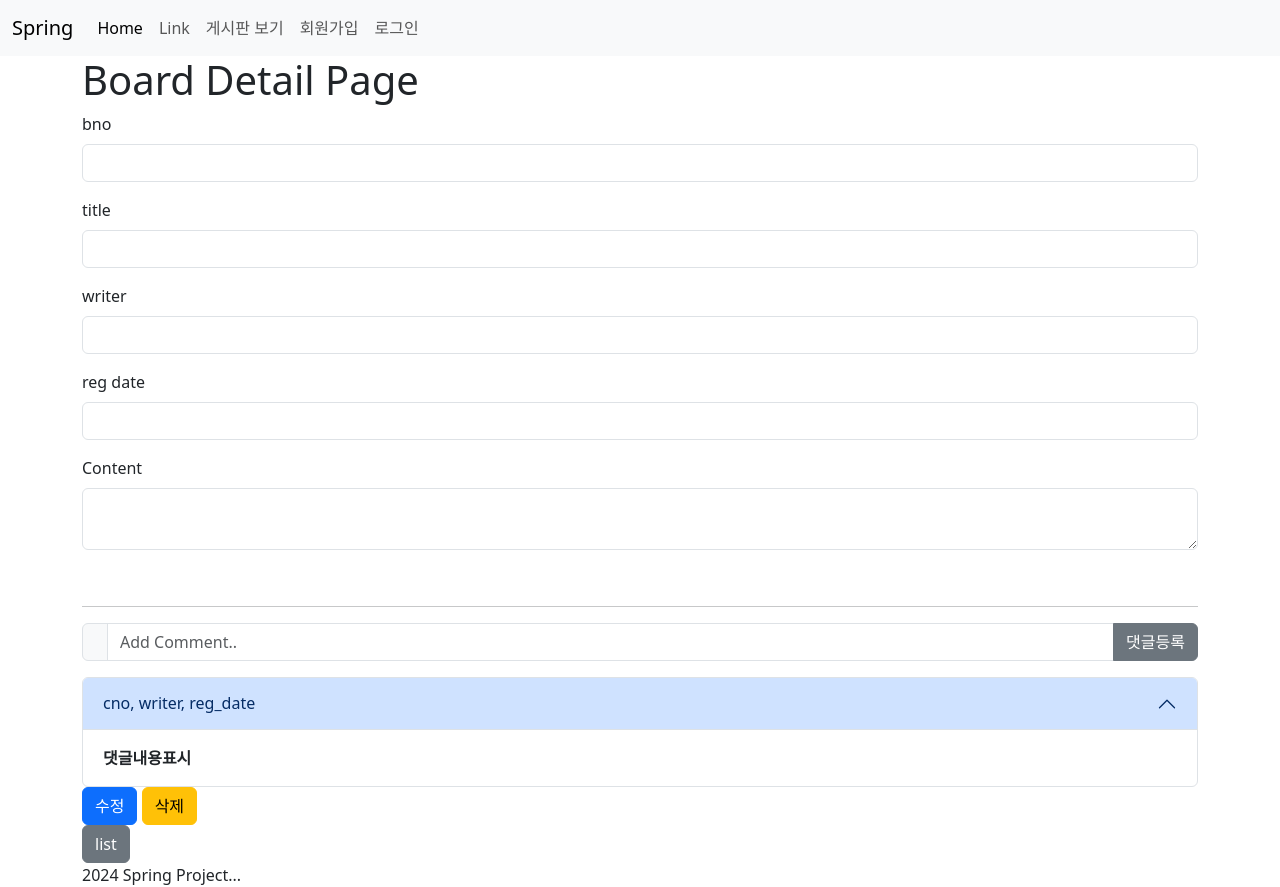
Repository: gajami-kim/240430_Spring_Study
Page: http://localhost/spring_study/WEB-INF/views/board/detail.jsp
These files come from the project's save history. The page is drawn as it stood at one moment and after the next save; the edit follows.
The browser window is 1280 px wide. The pictures show the whole page.
The page is served by Tomcat 9. Nobody is signed in. The template is opened directly, without the code that normally fills it, so the values that code supplies are empty.

Above is the page before, as saved 2024-04-26 02:49:40.

### spring_study/src/main/webapp/WEB-INF/views/board/detail.jsp
<%@ page language="java" contentType="text/html; charset=UTF-8"
    pageEncoding="UTF-8"%>
    <%@ taglib uri="http://java.sun.com/jsp/jstl/core" prefix="c"%>
<jsp:include page="../layout/header.jsp" />

<div class="container-sm">
<h1>Board Detail Page</h1>
	<div class="mb-3">
	  <label for="n" class="form-label">bno</label>
	  <input type="text" class="form-control" name="bno" id="n" value="${bvo.bno }" readonly="readonly">
	</div>
	<div class="mb-3">
	  <label for="t" class="form-label">title</label>
	  <input type="text" class="form-control" name="title" id="t" value="${bvo.title }" readonly="readonly">
	</div>
	<div class="mb-3">
	  <label for="w" class="form-label">writer</label>
	  <input type="text" class="form-control" name="writer" id="w" value="${bvo.writer }" readonly="readonly">
	</div>
	<div class="mb-3">
	  <label for="r" class="form-label">reg date</label>
	  <input type="text" class="form-control" name="reg_date" id="r" aria-label="With textarea" value="${bvo.reg_date }" readonly="readonly"></input>
	</div>
	<div class="mb-3">
	  <label for="c" class="form-label">Content</label>
	  <textarea class="form-control" name="content" id="c" aria-label="With textarea" readonly="readonly">${bvo.content }</textarea>
	</div>

	<br>
	<hr>
	<!-- Comment Line -->
	<!-- 댓글 등록 라인 -->
	<div class="input-group mb-3">
	  <span class="input-group-text" id="cmtWriter">${ses.id }</span>
	  <input type="text" id="cmtText" class="form-control" placeholder="Add Comment.." aria-label="Username" aria-describedby="basic-addon1">
	  <button type="button" id="cmtAddBtn" class="btn btn-secondary">댓글등록</button>
	</div>

	<!-- 댓글 출력 라인 -->
	<div class="accordion" id="accordionExample">
	  <div class="accordion-item">
	    <h2 class="accordion-header">
	      <button class="accordion-button" type="button" data-bs-toggle="collapse" data-bs-target="#collapseOne" aria-expanded="true" aria-controls="collapseOne">
			cno, writer, reg_date
	      </button>
	    </h2>
	    <div id="collapseOne" class="accordion-collapse collapse show" data-bs-parent="#accordionExample">
	      <div class="accordion-body">
	        <strong>댓글내용표시</strong>
	      </div>
	    </div>
	  </div>
	</div>

	<c:if test="${ses.id eq bvo.writer }">
		<a href="/board/modify?bno=${bvo.bno }"><button type="button" class="btn btn-primary">수정</button></a>
		<a href="/board/remove?bno=${bvo.bno }"><button type="button" class="btn btn-warning">삭제</button></a>
	</c:if>
	<br>
	<a href="/board/list"><button type="button" class="btn btn-secondary">list</button></a>
</div>

<jsp:include page="../layout/footer.jsp" />

### spring_study/src/main/webapp/WEB-INF/views/layout/header.jsp
<%@ page language="java" contentType="text/html; charset=UTF-8"
    pageEncoding="UTF-8"%>
    <%@ taglib uri="http://java.sun.com/jsp/jstl/core" prefix="c"%>
<!DOCTYPE html>
<html>
<head>
<meta charset="UTF-8">
<title>header.jsp</title>
</head>
<link href="https://cdn.jsdelivr.net/npm/bootstrap@5.3.3/dist/css/bootstrap.min.css" rel="stylesheet" integrity="sha384-QWTKZyjpPEjISv5WaRU9OFeRpok6YctnYmDr5pNlyT2bRjXh0JMhjY6hW+ALEwIH" crossorigin="anonymous">
<script src="https://cdn.jsdelivr.net/npm/bootstrap@5.3.3/dist/js/bootstrap.bundle.min.js" integrity="sha384-YvpcrYf0tY3lHB60NNkmXc5s9fDVZLESaAA55NDzOxhy9GkcIdslK1eN7N6jIeHz" crossorigin="anonymous"></script>
<body>
<nav class="navbar navbar-expand-lg bg-body-tertiary">
  <div class="container-fluid">
  	<!-- href로 '/'만 달면 HomeController에 의해 index로 이동 -->
    <a class="navbar-brand" href="/">Spring</a>
    <button class="navbar-toggler" type="button" data-bs-toggle="collapse" data-bs-target="#navbarSupportedContent" aria-controls="navbarSupportedContent" aria-expanded="false" aria-label="Toggle navigation">
      <span class="navbar-toggler-icon"></span>
    </button>
    <div class="collapse navbar-collapse" id="navbarSupportedContent">
      <ul class="navbar-nav me-auto mb-2 mb-lg-0">
        <li class="nav-item">
          <a class="nav-link active" aria-current="page" href="/">Home</a>
        </li>
        <li class="nav-item">
          <a class="nav-link" href="/">Link</a>
        </li>
        <c:if test="${ses.id ne null }">
        <li class="nav-item">
          <a class="nav-link" href="/board/register">게시판 글쓰기</a>
        </li>
        </c:if>
        <li class="nav-item">
          <a class="nav-link" href="/board/list">게시판 보기</a>
        </li>
        <c:if test="${ses.id eq null }">
        <li class="nav-item">
          <a class="nav-link" href="/member/register">회원가입</a>
        </li>
        <li class="nav-item">
          <a class="nav-link" href="/member/login">로그인</a>
        </li>
        </c:if>
        <c:if test="${ses.id ne null }">
        <li class="nav-item">
          <a class="nav-link" href="/member/logout">로그아웃</a>
        </li>
        <li class="nav-item">
          <a class="nav-link" href="/member/modify">${ses.id }(${ses.email }) Welcome!!</a>
        </li>
        </c:if>
      </ul>
    </div>
  </div>
</nav>

### spring_study/src/main/webapp/WEB-INF/views/layout/footer.jsp
<%@ page language="java" contentType="text/html; charset=UTF-8"
    pageEncoding="UTF-8"%>

<div class="container-sm">
	2024 Spring Project...
</div>

</body>
</html>

After the next save:
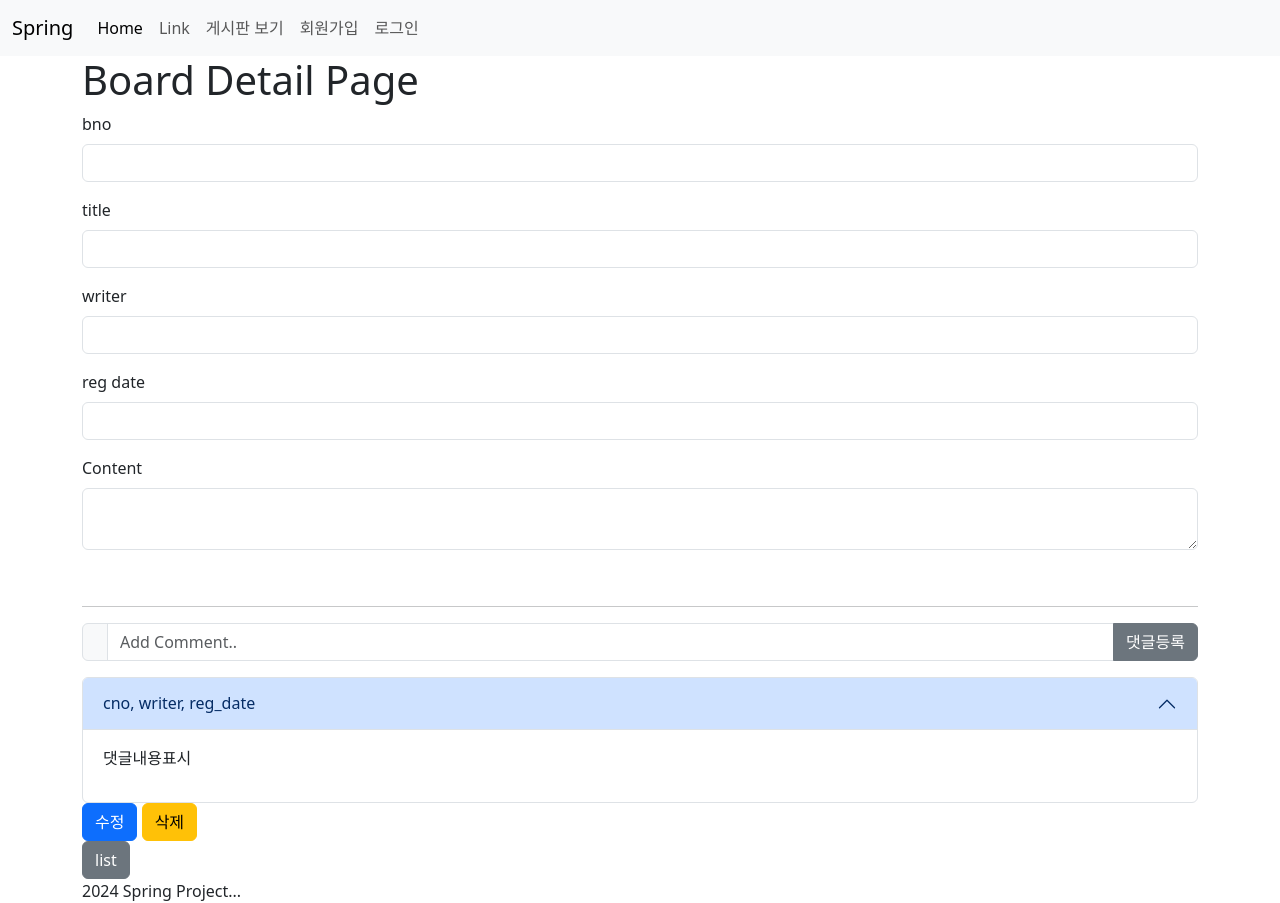
Saved 34 s later.
--- a/spring_study/src/main/webapp/WEB-INF/views/board/detail.jsp
+++ b/spring_study/src/main/webapp/WEB-INF/views/board/detail.jsp
@@ -46,7 +46,7 @@
 	    </h2>
 	    <div id="collapseOne" class="accordion-collapse collapse show" data-bs-parent="#accordionExample">
 	      <div class="accordion-body">
-	        <strong>댓글내용표시</strong>
+	        <p>댓글내용표시</p>
 	      </div>
 	    </div>
 	  </div>
